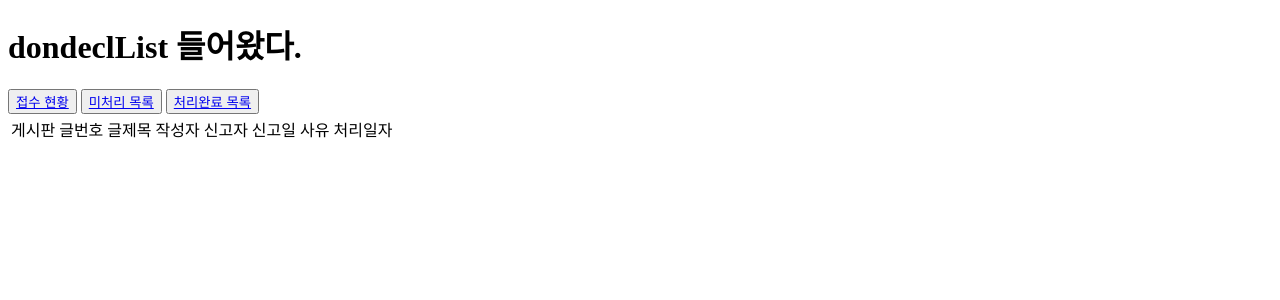
Repository: banana1531/ggs
Page: http://localhost/ggs/WEB-INF/views/admin/dondeclList.jsp
These files come from the project's save history. The page is drawn as it stood at one moment and after the next save; the edit follows.
The browser window is 1280 px wide. The pictures show the whole page.
The page is served by Tomcat 9. Nobody is signed in. The template is opened directly, without the code that normally fills it, so the values that code supplies are empty.

Above is the page before, as saved 2020-07-11 04:53:34.

After the next save:
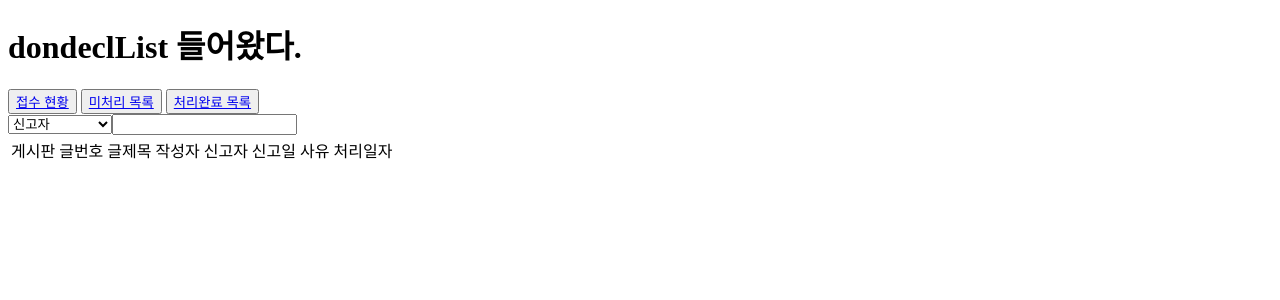
Saved 52 min 9 s later.
--- a/99s/ggs/src/main/webapp/WEB-INF/views/admin/dondeclList.jsp
+++ b/99s/ggs/src/main/webapp/WEB-INF/views/admin/dondeclList.jsp
@@ -15,6 +15,13 @@
 	   <button><a href="/admin/dondeclList.gg">처리완료 목록</a></button>
    </div>
    <div class="container">
+   <select name="option">
+   		<option value="id">신고자</option>
+   		<option value="writer">작성자</option>
+   		<option value="idAndWriter">신고자+작성자</option>
+   		<option value="title">제목</option>
+   		<option value="content">내용</option>
+   </select><input type="text" name="name">
    		<table class="table">
 			<tr>
 				<td>게시판</td>
